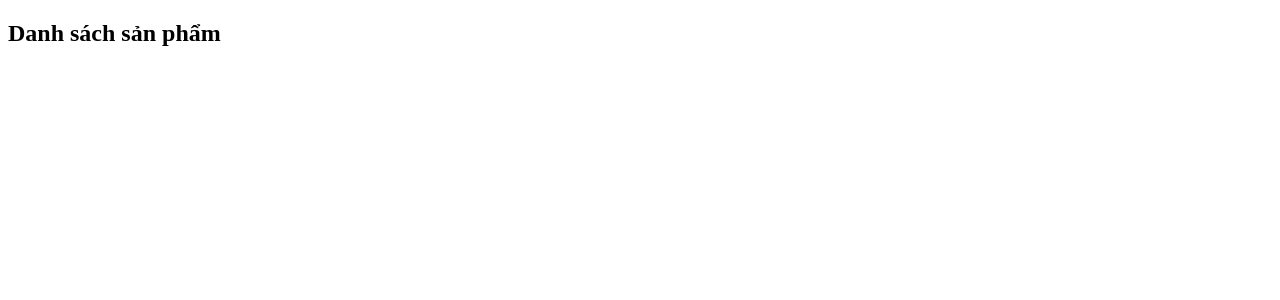
Repository: binhphanbp/WEB2064_JavaScript-Advanced_WD20305
Page: lesson/lesson6/project-cuongle/products.html
The author's editor kept a copy of each file at every save. The page is drawn from the files as they stood at one save, then again after the next save.
The browser window is 1280 px wide. The pictures show the whole page.
The page's requests for data from a server got no answer.

Above is the page before, as saved 2025-09-29 14:57:12.
Console error: TypeError: Cannot set properties of null (setting 'innerHTML')

### lesson/lesson6/project-cuongle/products.html
<!DOCTYPE html>
<html lang="en">
  <head>
    <meta charset="UTF-8" />
    <meta name="viewport" content="width=device-width, initial-scale=1.0" />
    <title>Document</title>
  </head>
  <body>
    <section id="hot" class="section">
      <h2 class="section-title">Danh sách sản phẩm</h2>
      <div id="all-products" class="grid"></div>
    </section>

    <script src="./main.js"></script>
  </body>
</html>

### lesson/lesson6/project-cuongle/main.js
class Product {
  constructor({ id, name, price, image, category, hot, description }) {
    this.id = id;
    this.name = name;
    this.price = price;
    this.image = image;
    this.category = category;
    this.hot = hot;
    this.description = description;
  }

  render(showBadge = false) {
    return `
      <article class="product">
        ${showBadge && this.hot ? `<span class="badge">HOT</span>` : ''}
        <img src="${this.image}" alt="${this.name}">
        <h3>${this.name}</h3>
        <p class="price">₫${Product.vnd(this.price)}</p>
        ${this.category ? `<p class="category">${this.category}</p>` : ''}
        <button>Thêm vào giỏ</button>
      </article>
    `;
  }

  static vnd(n) {
    return Number(n || 0).toLocaleString('vi-VN');
  }
}

class ProductList {
  constructor(api, container) {
    this.api = api;
    this.container = container;
    this.products = [];
  }

  async fetch() {
    const res = await fetch(this.api);
    if (!res.ok) throw new Error('Không lấy được dữ liệu sản phẩm');
    this.products = await res.json();
    return this.products;
  }

  render({ filterFn = () => true, limit, showBadge = false } = {}) {
    const list = this.products.filter(filterFn);
    const data = limit ? list.slice(0, limit) : list;

    this.container.innerHTML = data
      .map((p) => new Product(p).render(showBadge))
      .join('');
  }
}

const API = 'http://localhost:3000/products';

const elFeatured = document.getElementById('product-featured');
const elPhones = document.getElementById('product-phones');
const elLaptops = document.getElementById('product-laptops');
const elAllProducts = document.getElementById('all-products');

const productList = new ProductList(API, null);

(async () => {
  try {
    await productList.fetch();

    productList.container = elFeatured;
    productList.render({
      filterFn: (p) => p.hot === true,
      limit: 4,
      showBadge: true,
    });

    productList.container = elPhones;
    productList.render({
      filterFn: (p) => (p.category || '').trim().toLowerCase() === 'điện thoại',
      limit: 4,
    });

    productList.container = elLaptops;
    productList.render({
      filterFn: (p) => (p.category || '').trim().toLowerCase() === 'laptop',
      limit: 4,
    });
  } catch (err) {
    console.error(err);
    const errorHTML = `<p style="color:#ff7979">Không thể tải dữ liệu. Kiểm tra JSON Server.</p>`;
    elFeatured.innerHTML = elPhones.innerHTML = elLaptops.innerHTML = errorHTML;
  }
})();

### lesson/lesson6/project-cuongle/style.css
:root {
  --bg: #f9fafb;
  --card: #ffffff;
  --muted: #6b7280;
  --text: #1f2937;
  --brand: #16a34a;       /* xanh lá chủ đạo (#16a34a ~ green-600) */
  --brand-dark: #15803d;  /* xanh lá đậm hơn (#15803d ~ green-700) */
  --radius: 12px;
  --shadow: 0 4px 12px rgba(0,0,0,.08);
}

* { box-sizing: border-box; margin: 0; padding: 0; }

body {
  font-family: system-ui, Segoe UI, Roboto, Arial;
  background: var(--bg);
  color: var(--text);
  line-height: 1.6;
}

.container {
  max-width: 1280px;
  margin: 0 auto;
  padding: 0 16px;
}

/* HEADER */
.site-header {
  position: sticky;
  top: 0;
  background: #ffffffee;
  backdrop-filter: blur(6px);
  border-bottom: 1px solid #e5e7eb;
  z-index: 10;
}
.header-inner {
  display: flex;
  align-items: center;
  justify-content: space-between;
  height: 64px;
}
.logo {
  font-weight: 700;
  color: var(--brand);
  text-decoration: none;
  font-size: 22px;
}
.nav a {
  color: var(--muted);
  margin-left: 20px;
  text-decoration: none;
  font-weight: 500;
}
.nav a:hover { color: var(--brand); }

/* BANNER */
.banner {
  background: url("https://images.unsplash.com/photo-1511707171634-5f897ff02aa9?auto=format&fit=crop&w=1600&q=80")
              center/cover no-repeat;
  height: 400px;
  display: flex;
  align-items: center;
  justify-content: center;
  text-align: center;
  color: #fff;
  position: relative;
}
.banner::after {
  content: "";
  position: absolute;
  inset: 0;
  background: rgba(0,0,0,0.55);
}
.banner-content {
  position: relative;
  z-index: 1;
  max-width: 700px;
  padding: 0 20px;
}
.banner-content h1 {
  font-size: 36px;
  margin-bottom: 12px;
}
.banner-content h1 span { color: var(--brand); }
.banner-content p {
  margin-bottom: 20px;
  font-size: 18px;
  color: #f3f4f6;
}
.btn {
  display: inline-block;
  background: var(--brand);
  color: #fff;
  padding: 12px 24px;
  border-radius: 6px;
  text-decoration: none;
  font-weight: 600;
  transition: background .2s;
}
.btn:hover { background: var(--brand-dark); }

/* SECTION */
.section { padding: 40px 0; }
.section-title {
  margin-bottom: 20px;
  font-size: 24px;
  font-weight: 700;
  color: var(--text);
  border-left: 5px solid var(--brand);
  padding-left: 10px;
}

/* GRID */
.grid {
  display: grid;
  gap: 20px;
}
.grid-4 { grid-template-columns: repeat(4, 1fr); }

@media (max-width: 992px) {
  .grid-4 { grid-template-columns: repeat(2, 1fr); }
}
@media (max-width: 576px) {
  .grid-4, .grid { grid-template-columns: repeat(1, 1fr); }
}

/* NỔI BẬT: full width auto-fit */
#product-featured {
  display: grid;
  grid-template-columns: repeat(auto-fit, minmax(260px, 1fr));
  gap: 20px;
}

/* PRODUCT CARD */
.product {
  background: var(--card);
  border-radius: var(--radius);
  box-shadow: var(--shadow);
  padding: 16px;
  text-align: center;
  transition: transform 0.2s, box-shadow 0.2s;
  position: relative;
}
.product:hover {
  transform: translateY(-3px);
  box-shadow: 0 6px 16px rgba(0,0,0,.12);
}
.product img {
  width: 100%;
  height: 200px;
  object-fit: contain;
  margin-bottom: 12px;
}
.product h3 {
  font-size: 16px;
  font-weight: 600;
  margin-bottom: 8px;
  height: 40px;
  overflow: hidden;
}
.product .price {
  color: var(--brand);
  font-weight: 700;
  margin-bottom: 4px;
}
.product .category {
  font-size: 13px;
  color: var(--muted);
  margin-bottom: 10px;
}
.product button {
  background: var(--brand);
  color: #fff;
  border: none;
  padding: 10px 16px;
  border-radius: 6px;
  font-weight: 600;
  cursor: pointer;
  transition: background 0.2s;
}
.product button:hover {
  background: var(--brand-dark);
}

/* Badge HOT */
.badge {
  position: absolute;
  top: 10px;
  left: 10px;
  background: #16a34a;
  color: #fff;
  font-size: 12px;
  font-weight: 700;
  padding: 4px 8px;
  border-radius: 999px;
}

/* CART BOX */
.cart-box {
  background: #ecfdf5; /* xanh lá nhạt */
  border: 1px dashed #86efac;
  border-radius: var(--radius);
  padding: 20px;
  text-align: center;
  color: #15803d;
}

/* FOOTER */
.site-footer {
  background: #064e3b;
  color: #d1fae5;
  padding: 40px 20px 20px;
  margin-top: 40px;
}
.footer-container {
  display: grid;
  grid-template-columns: repeat(4, 1fr);
  gap: 30px;
  max-width: 1280px;
  margin: 0 auto 20px;
}
.footer-col h4 {
  font-size: 16px;
  font-weight: 700;
  margin-bottom: 12px;
  color: #bbf7d0;
}
.footer-col ul { list-style: none; padding: 0; margin: 0; }
.footer-col ul li { margin-bottom: 8px; }
.footer-col ul li a {
  color: #d1fae5;
  text-decoration: none;
  font-size: 14px;
}
.footer-col ul li a:hover { color: #86efac; }
.footer-col p {
  font-size: 14px;
  margin: 4px 0;
}
.footer-social {
  display: flex;
  gap: 10px;
  margin-top: 10px;
}
.footer-social a {
  color: #d1fae5;
  font-size: 18px;
  text-decoration: none;
}
.footer-social a:hover { color: #86efac; }
.footer-bottom {
  text-align: center;
  border-top: 1px solid #065f46;
  padding-top: 12px;
  font-size: 13px;
  color: #a7f3d0;
}
@media (max-width: 768px) {
  .footer-container { grid-template-columns: repeat(2, 1fr); }
}
@media (max-width: 480px) {
  .footer-container { grid-template-columns: 1fr; }
}

/* NEWS */
.news-box { display: grid; gap: 16px; }
.news-item {
  background: #ecfdf5;
  border-radius: 10px;
  box-shadow: 0 4px 10px rgba(0,0,0,0.08);
  padding: 16px;
  transition: transform 0.2s, box-shadow 0.2s;
}
.news-item:hover {
  transform: translateY(-3px);
  box-shadow: 0 6px 16px rgba(0,0,0,0.12);
}
.news-item h3 {
  font-size: 18px;
  font-weight: 700;
  margin-bottom: 8px;
  color: var(--brand);
}
.news-item p {
  font-size: 14px;
  color: #065f46;
}

After the next save:
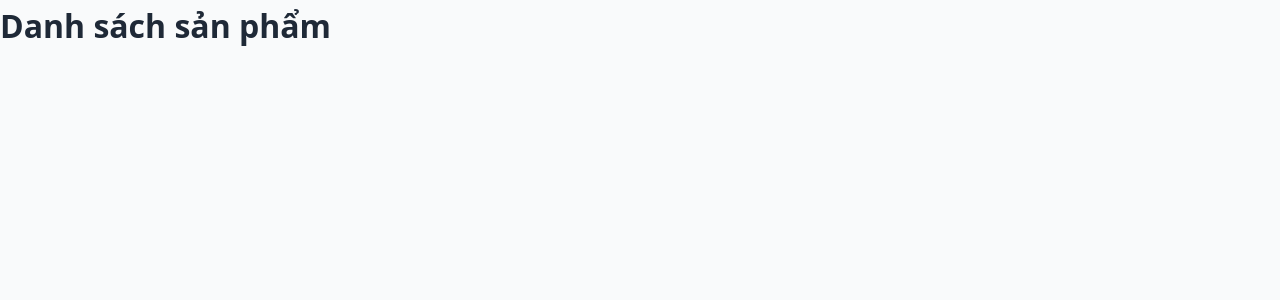
Saved 110 s later.
--- a/lesson/lesson6/project-cuongle/products.html
+++ b/lesson/lesson6/project-cuongle/products.html
@@ -1,16 +1,15 @@
 <!DOCTYPE html>
-<html lang="en">
+<html lang="vi">
   <head>
     <meta charset="UTF-8" />
     <meta name="viewport" content="width=device-width, initial-scale=1.0" />
-    <title>Document</title>
+    <title>Tất cả sản phẩm</title>
+    <link rel="stylesheet" href="style.css" />
   </head>
   <body>
-    <section id="hot" class="section">
-      <h2 class="section-title">Danh sách sản phẩm</h2>
-      <div id="all-products" class="grid"></div>
-    </section>
+    <h1>Danh sách sản phẩm</h1>
+    <section id="all-products" class="product-grid"></section>
 
-    <script src="./main.js"></script>
+    <script src="main.js" type="module"></script>
   </body>
 </html>
